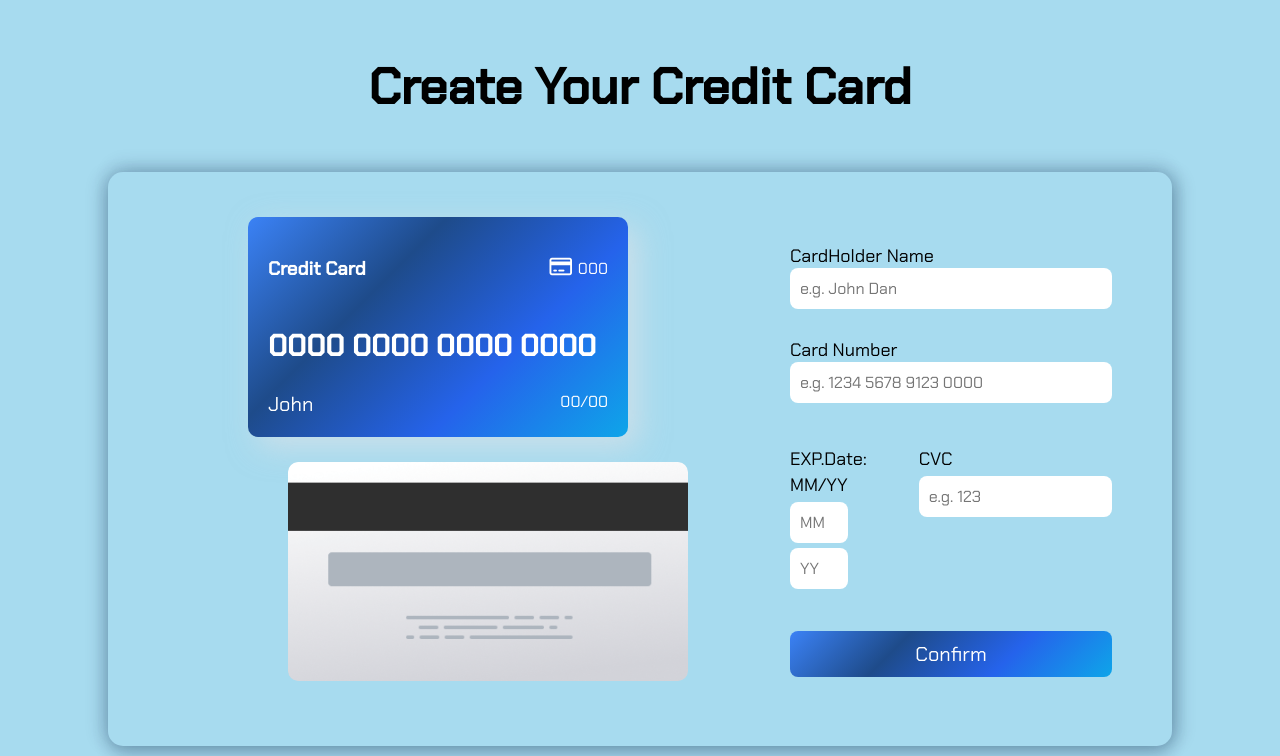
Repository: moehaymanmyint/Interactive-Card-Details-Form
Page: index.html
These files come from the project's save history. The page is drawn as it stood at one moment and after the next save; the edit follows.
The browser window is 1280 px wide. The pictures show the whole page.
Some web libraries are served in a nearby version.

Above is the page before, as saved 2024-10-18 22:53:38.

After the next save:
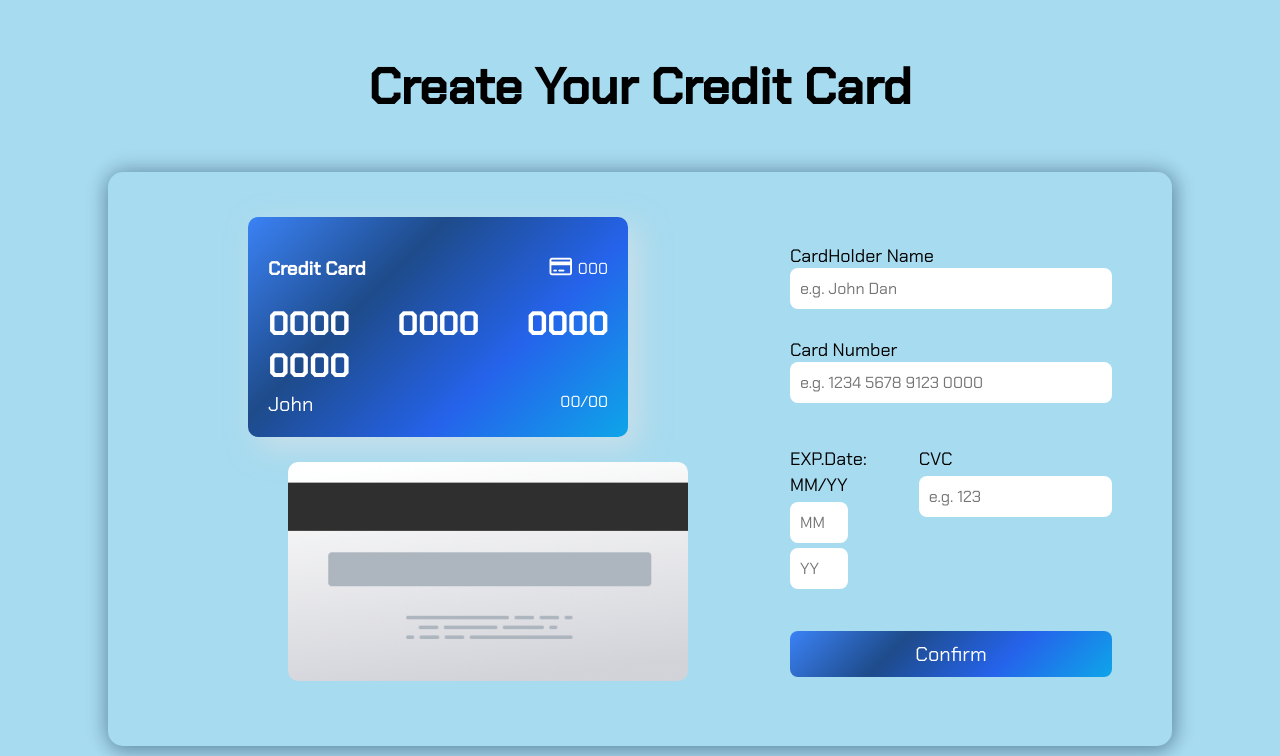
Saved 41 s later.
--- a/style.css
+++ b/style.css
@@ -54,7 +54,7 @@
 }
 
 .front-card .number{
-    font-size: 30px;
+    font-size: 32px;
     font-weight: bold;
 }
 

After the save that followed:
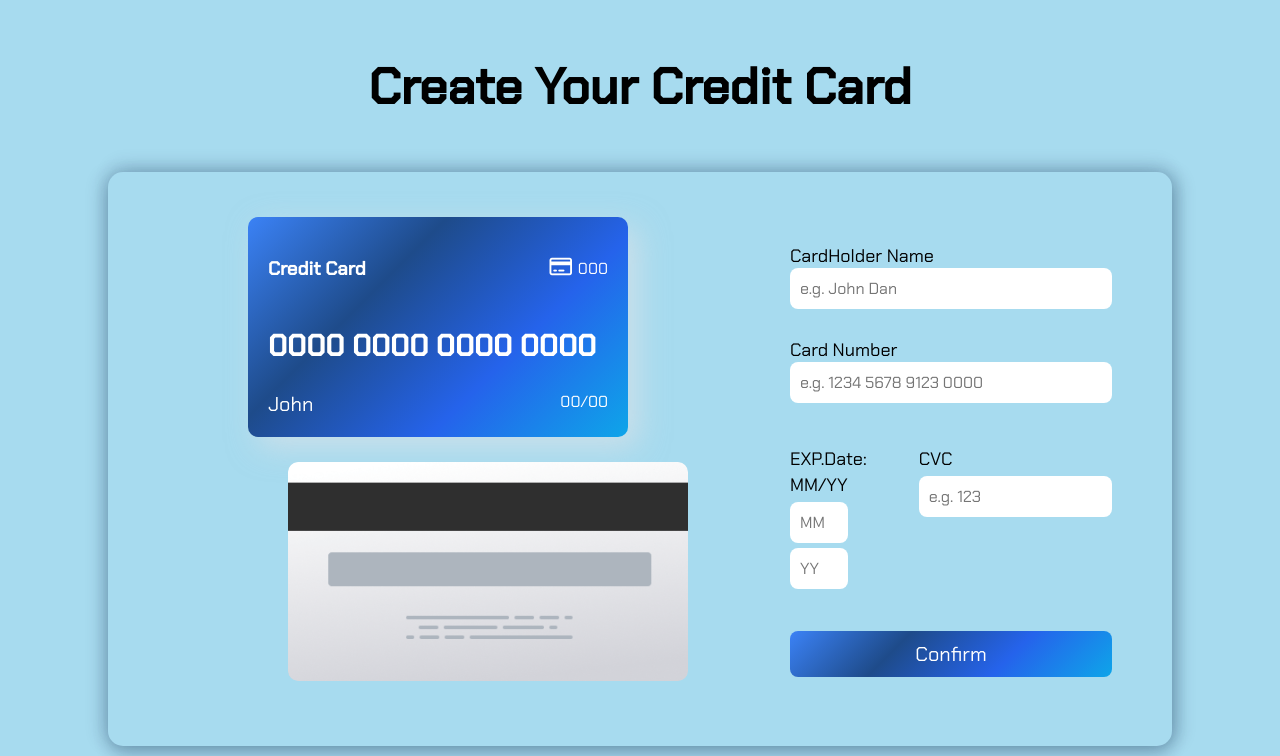
Saved 7 s later.
--- a/style.css
+++ b/style.css
@@ -54,7 +54,7 @@
 }
 
 .front-card .number{
-    font-size: 32px;
+    font-size: 30px;
     font-weight: bold;
 }
 
